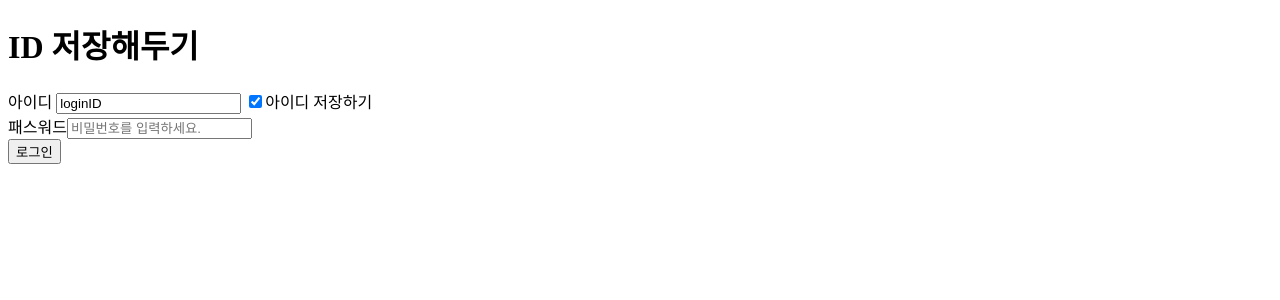
Repository: pro-hk/jsp
Page: http://localhost/chap05/id_save01.jsp
The author's editor kept a copy of each file at every save. The page is drawn from the files as they stood at one save, then again after the next save.
The browser window is 1280 px wide. The pictures show the whole page.
The page is served by Tomcat 9.

Above is the page before, as saved 2022-01-25 05:52:07.

After the next save:
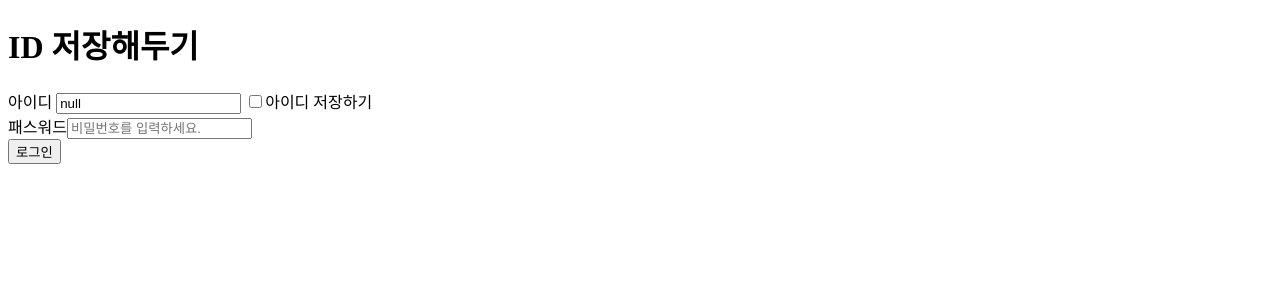
Saved 42 s later.
--- a/chap05/src/main/webapp/id_save01.jsp
+++ b/chap05/src/main/webapp/id_save01.jsp
@@ -16,10 +16,10 @@
 		<div>
 			<label>
 				<span>아이디</span>
-				<input type="text" name="user_id" value="loginID" placeholder="아이디를 입력하세요.">
+				<input type="text" name="user_id" value=<%= loginID %> placeholder="아이디를 입력하세요.">
 			</label>
 			<label>
-				<input type="checkbox" name="id_check" value="yes" checked>아이디 저장하기
+				<input type="checkbox" name="id_check" value="yes" >아이디 저장하기
 			</label>
 		</div>
 		<div>
